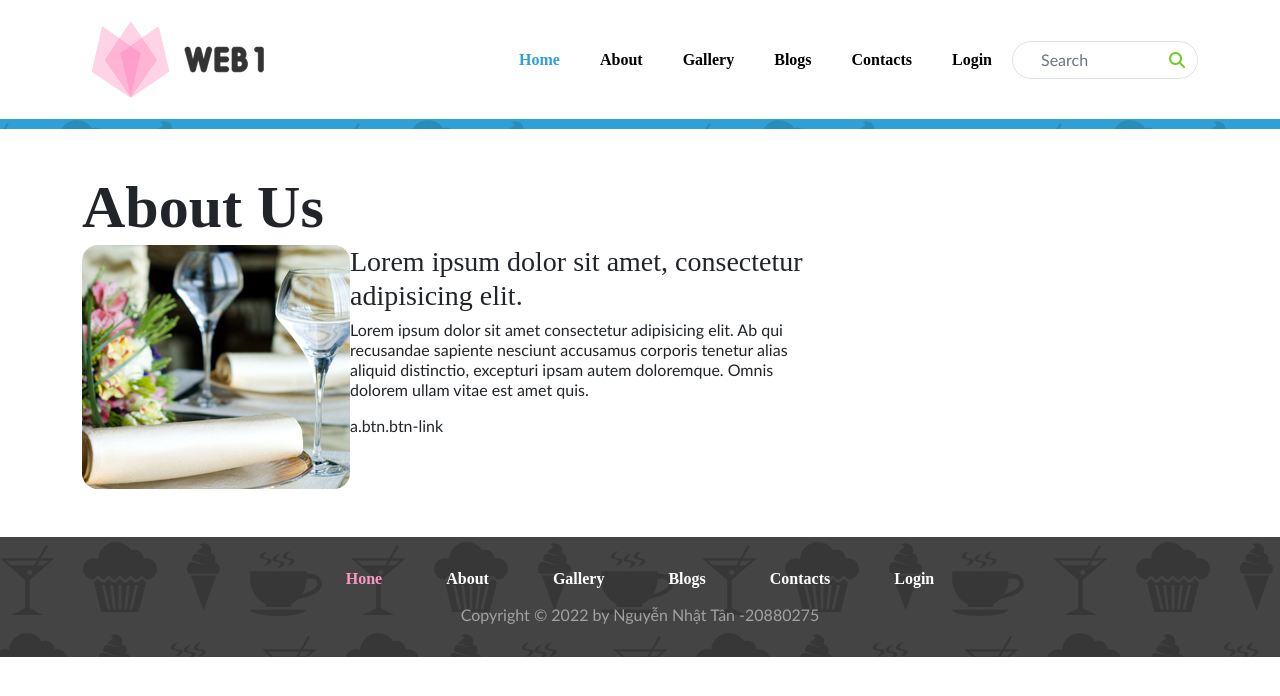
Repository: carembanhkem/web1-20880275
Page: about.html
An editor plug-in stored every save of this project. The page is shown before and after the next save, followed by the edit.
The browser window is 1280 px wide. The pictures show the whole page.
Some web fonts or font styles are not loaded; a fallback is used. Some web libraries are served in a nearby version.

Above is the page before, as saved 2023-02-06 11:15:25.
Console error: ReferenceError: bootstrap is not defined

### about.html
<!doctype html>
<html lang="en">

<head>
    <title>20880275 - Web1 Project</title>
    <!-- Required meta tags -->
    <meta charset="utf-8">
    <meta name="viewport" content="width=device-width, initial-scale=1, shrink-to-fit=no">
    <!-- Favicon-->
    <link rel="shortcut icon" href="images/favicon.ico" type="image/x-icon">
    <!-- FontAweSome-->
    <script src="https://kit.fontawesome.com/ee054dad92.js" crossorigin="anonymous"></script>
    <!-- Google Fonts -->
    <link rel="preconnect" href="https://fonts.googleapis.com">
    <link rel="preconnect" href="https://fonts.gstatic.com" crossorigin>
    <link href="https://fonts.googleapis.com/css2?family=Changa+One&display=swap" rel="stylesheet">
    <!-- Bootstrap CSS v5.2.1 -->
    <link href="https://cdn.jsdelivr.net/npm/bootstrap@5.2.1/dist/css/bootstrap.min.css" rel="stylesheet"
        integrity="sha384-iYQeCzEYFbKjA/T2uDLTpkwGzCiq6soy8tYaI1GyVh/UjpbCx/TYkiZhlZB6+fzT" crossorigin="anonymous">
    <link rel="stylesheet" href="css/20880275.css">
</head>

<body>
    <header class="container">
        <nav class="navbar navbar-expand-sm navbar-light">
            <a class="navbar-brand" href="#">
                <img src="images/logo.png" alt="Web1 Logo">
            </a>
            <button class="navbar-toggler d-lg-none" type="button" data-bs-toggle="collapse" data-bs-target="#menu-header" aria-controls="menu-header"
                aria-expanded="false" aria-label="Toggle navigation"></button>
            <div class="collapse navbar-collapse" id="menu-header">
                <ul class="navbar-nav ms-auto mt-2 mt-lg-0">
                    <li class="nav-item">
                        <a class="nav-link active" href="index.html" aria-current="page">Home <span class="visually-hidden">(current)</span></a>
                    </li>
                    <li class="nav-item">
                        <a class="nav-link" href="about.html">About</a>
                    </li>
                    <li class="nav-item">
                        <a class="nav-link" href="gallery.html">Gallery</a>
                    </li>
                    <li class="nav-item">
                        <a class="nav-link" href="blogs.html">Blogs</a>
                    </li>
                    <li class="nav-item">
                        <a class="nav-link" href="contact.html">Contacts</a>
                    </li>
                    <li class="nav-item">
                        <a class="nav-link" href="#" data-bs-toggle="modal" data-bs-target="#modalLogin">Login</a>
                    </li>
                </ul>
                <form class="d-flex my-2 my-lg-0 border rounded-pill" id="formSearch">
                    <input class="form-control border-0 ms-3" type="text" placeholder="Search">
                    <button class="btn my-2 my-sm-0 border-0" type="submit"><i class="fa-solid fa-magnifying-glass"></i></button>
                </form>
            </div>
        </nav>
    </header>

    <section id="banner-small">

    </section>

    <section class="container py-5">
        <div class="row">
            <div class="col-8">
                <h1>About Us</h1>
                <div>
                    <img src="images/about-1.jpg" alt="About us" class="float-start rounded-4">
                    <h3>Lorem ipsum dolor sit amet, consectetur adipisicing elit.</h3>
                    <p>Lorem ipsum dolor sit amet consectetur adipisicing elit. Ab qui recusandae sapiente nesciunt accusamus corporis tenetur alias aliquid distinctio, excepturi ipsam autem doloremque. Omnis dolorem ullam vitae est amet quis.</p>
                    a.btn.btn-link
                </div>
            </div>
        </div>
    </section>

    <!-- Footer -->
    <footer class="text-center container-fluid text-white py-3">
        <ul class="nav justify-content-center py-3" id="menu-footer">
            <li class="nav-item">
                <a class="nav-link active" href="#" aria-current="page">Hone</a>
            </li>
            <li class="nav-item">
                <a class="nav-link" href="about.html">About</a>
            </li>
            <li class="nav-item">
                <a class="nav-link" href="gallery.html">Gallery</a>
            </li>
            <li class="nav-item">
                <a class="nav-link" href="blogs.html">Blogs</a>
            </li>
            <li class="nav-item">
                <a class="nav-link" href="contact.html">Contacts</a>
            </li>
            <li class="nav-item">
                <a class="nav-link" href="#" data-bs-toggle="modal" data-bs-target="#modalLogin">Login</a>
            </li>
        </ul>
        <p class="text-white-50">Copyright &copy; 2022 by  Nguyễn Nhật Tân -20880275</p>
    </footer>

    <!-- Modal Body -->
    <!-- if you want to close by clicking outside the modal, delete the last endpoint:data-bs-backdrop and data-bs-keyboard -->
    <div class="modal fade" id="modalLogin" tabindex="-1" data-bs-backdrop="static" data-bs-keyboard="false" role="dialog" aria-labelledby="modalTitleId" aria-hidden="true">
        <div class="modal-dialog modal-dialog-scrollable modal-dialog-centered modal-sm" role="document">
            <div class="modal-content">
                <div class="modal-header">
                    <button type="button" class="btn-close" data-bs-dismiss="modal" aria-label="Close"></button>
                </div>
                <div class="modal-body">
                    <form action="#" method="post" id="formLogin">
                        <h3 class="text-center">Login Form</h3>
                        <div class="mb-3">
                            <input type="text" name="username" id="username" placeholder="Username" class="form-control">
                        </div>
                        <div class="mb-3">
                            <input type="password" name="password" id="password" placeholder="Password" class="form-control">
                        </div>
                        <button type="submit" class="form-control btn">Login</button>
                    </form>
                </div>
                <div class="modal-footer">

                </div>
            </div>
        </div>
    </div>


    <!-- Optional: Place to the bottom of scripts -->
    <script>
        const myModal = new bootstrap.Modal(document.getElementById('modalLogin'), options)

    </script>

    <!-- Boostrap JavaScript Libraries -->
    <script src="https://cdn.jsdelivr.net/npm/@popperjs/core@2.11.6/dist/umd/popper.min.js"
        integrity="sha384-oBqDVmMz9ATKxIep9tiCxS/Z9fNfEXiDAYTujMAeBAsjFuCZSmKbSSUnQlmh/jp3" crossorigin="anonymous">
    </script>

    <script src="https://cdn.jsdelivr.net/npm/bootstrap@5.2.1/dist/js/bootstrap.min.js"
        integrity="sha384-7VPbUDkoPSGFnVtYi0QogXtr74QeVeeIs99Qfg5YCF+TidwNdjvaKZX19NZ/e6oz" crossorigin="anonymous">
    </script>
</body>

</html>

### css/20880275.css
:root {
    --web1-pink: #FA97C2;
    --web1-blue: #2FA0D5;
    --web1-green: #73C926;
}

body {
    font-family: 'Trebuchet MS', Arial, Helvetica, sans-serif;
    font-size: 16px;
    line-height: 20px;
}

h1, h2, h3, h4 {
    font-family: 'Changa One', cursive;
    font-weight: 400;
}

h1 {
    font-size: 60px;
    line-height: 60px;
    font-weight: 900;
}

/* Header */
#menu-header a {
    display: block;
    padding: 0 1.25rem;
    font-weight: bold;
    color: black;
    font-family: 'Changa One', cursive;
}
#menu-header a.active {
    color: var(--web1-blue);
}

#formSearch input {
    width: 8rem;
}

#formSearch i {
    color: var(--web1-green);
}

/* Banner */
#banner {
    background-image: url('../images/bg-banner.gif');
}

#banner > div {
    background: url('../images/logo_bg.png') left top no-repeat, url('../images/search_bg.png') right top no-repeat;
    padding: 5rem 0  3rem 0;
}

#banner a {
    background-color: var(--web1-pink);
    font-family: 'Changa One', cursive;
    font-size: 2rem;
}

#banner .carousel-item {
    min-height: 15rem; /*Do chieu cao khong co dinh nen minheight bang cai lon nhat de ko bi xe dich*/
}

#banner .carousel-indicators li {
    width: 1.2rem;
    height: 1.2rem;
    border-radius: 1.2rem; /* de no thanh hinh tron*/
    border: none; /* de no thanh hinh tron vi width = height = border radius*/
    margin: 0 0.25rem;
    position: relative;
}

#banner .carousel-indicators li span {
    position: absolute;
    top: 0.3rem;
    left: 0.3rem;
    width: 0.6rem;
    height: 0.6rem;
    border-radius: 0.6rem;
    border: none;
    text-align:left;
    text-indent: -9999px;
}

#banner .carousel-indicators li.active span{
    background-color: var(--web1-green);
}

/* banner small */
#banner-small {
    background-image: url(../images/bg-banner.gif);
    padding: 5px;
}

/* products */
.readmore {
    color: var(--web1-blue);
    margin-top: -4px;
}

.web1-text-blue {
    color: var(--web1-blue);
}

/* about us */
#aboutus {
    background-color: var(--web1-pink);
}

#formSignUp {
    border-style: dashed !important;
    border-color: rgba(0,0,0,0.5) !important;
}

/* news */
#news .date {
    background-color: var(--web1-green);
    width: 6rem;
    padding: 1.5rem;
}

/* Footer*/
footer {
    background-image: url('../images/bg-footer.gif');
}

#menu-footer a {
    color: white;
    font-weight: bold;
    font-family: 'Changa One', cursive;
    display: block;
    padding: 0 2rem;
}

#menu-footer a.active {
    color: var(--web1-pink);
}

/* Modal Login*/
#formLogin button[type="submit"]{
    background-color: var(--web1-blue);
    color: white;
}

After the next save:
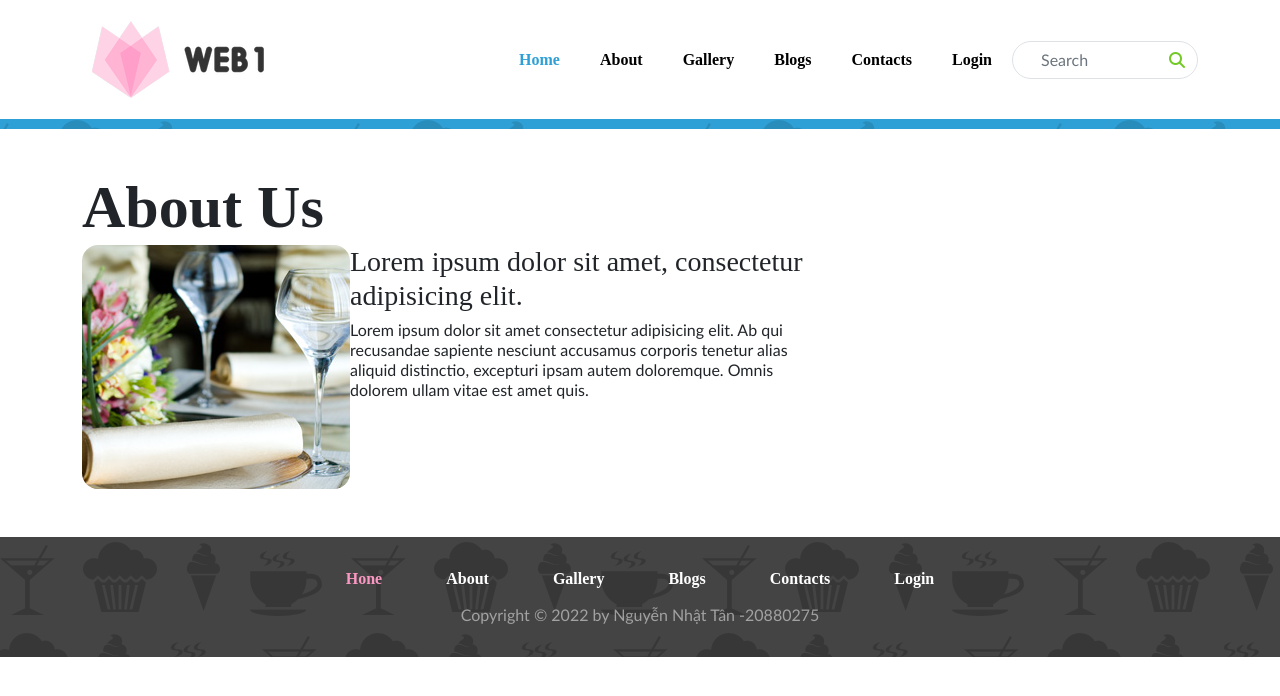
Saved 4 s later.
--- a/about.html
+++ b/about.html
@@ -69,7 +69,7 @@
                     <img src="images/about-1.jpg" alt="About us" class="float-start rounded-4">
                     <h3>Lorem ipsum dolor sit amet, consectetur adipisicing elit.</h3>
                     <p>Lorem ipsum dolor sit amet consectetur adipisicing elit. Ab qui recusandae sapiente nesciunt accusamus corporis tenetur alias aliquid distinctio, excepturi ipsam autem doloremque. Omnis dolorem ullam vitae est amet quis.</p>
-                    a.btn.btn-link
+                    <a href="" class="btn btn-link readmore"></a>
                 </div>
             </div>
         </div>
